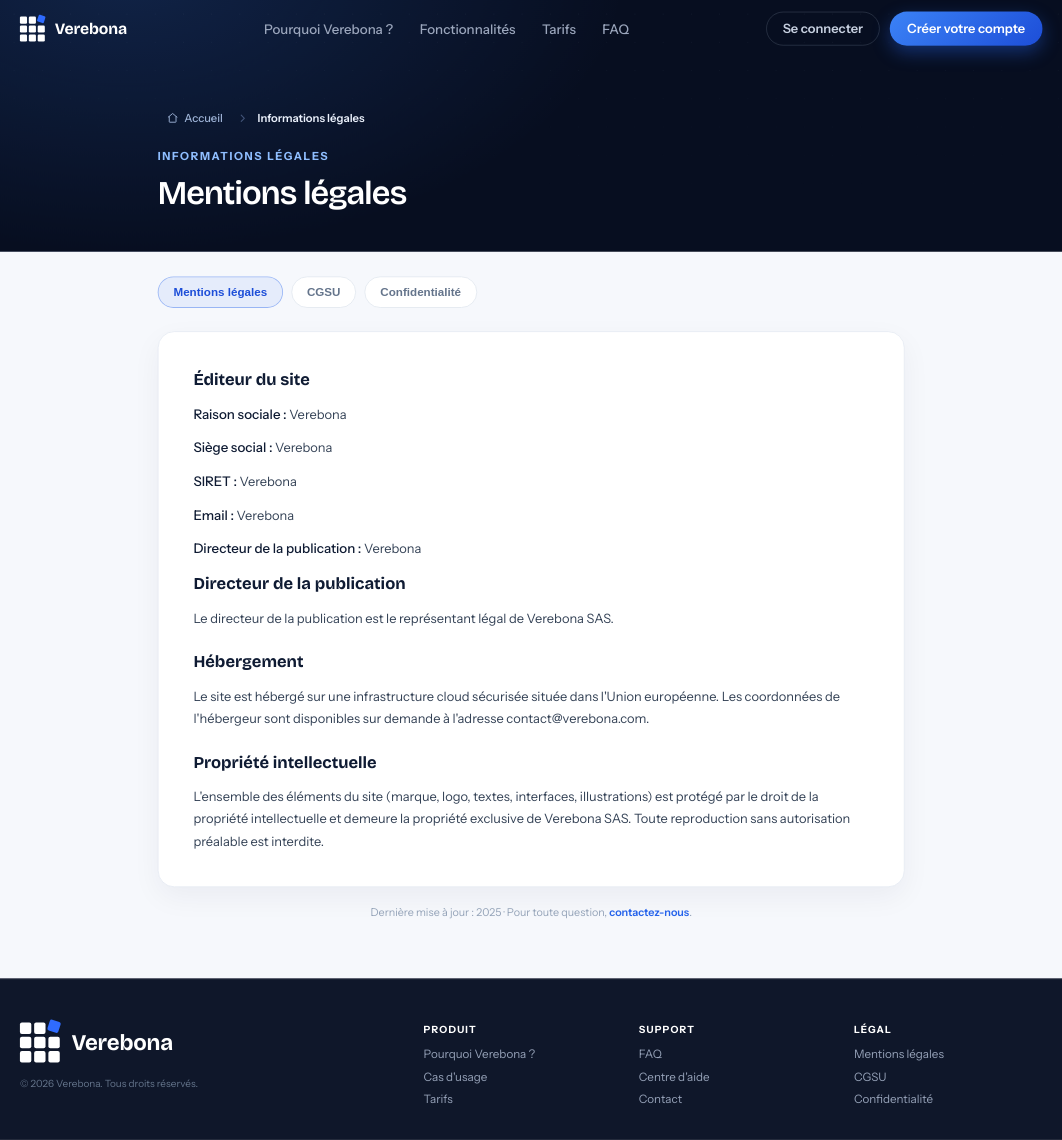
Repository: AdminVerebona/verebona-public
Page: /mentions-legales
The author's editor kept a copy of each file at every save. The page is drawn from the files as they stood at one save, then again after the next save.
The browser window is 1280 px wide. The pictures show the whole page, at 83% of full size.
The project was rebuilt for these pictures with package versions that can differ from the ones it lists, and the page was loaded fresh each time. Also part of the build but not shown: next.config.mjs, vite.config.js, vite.config.ts, src/composables/useLanding.ts, src/sections/HeroSection.vue, src/sections/WhySection.vue, src/sections/UseCasesSection.vue, src/sections/FeaturesSection.vue and 6 more.

Above is the page before, as saved 2026-07-10 15:08:44.

After the next save:
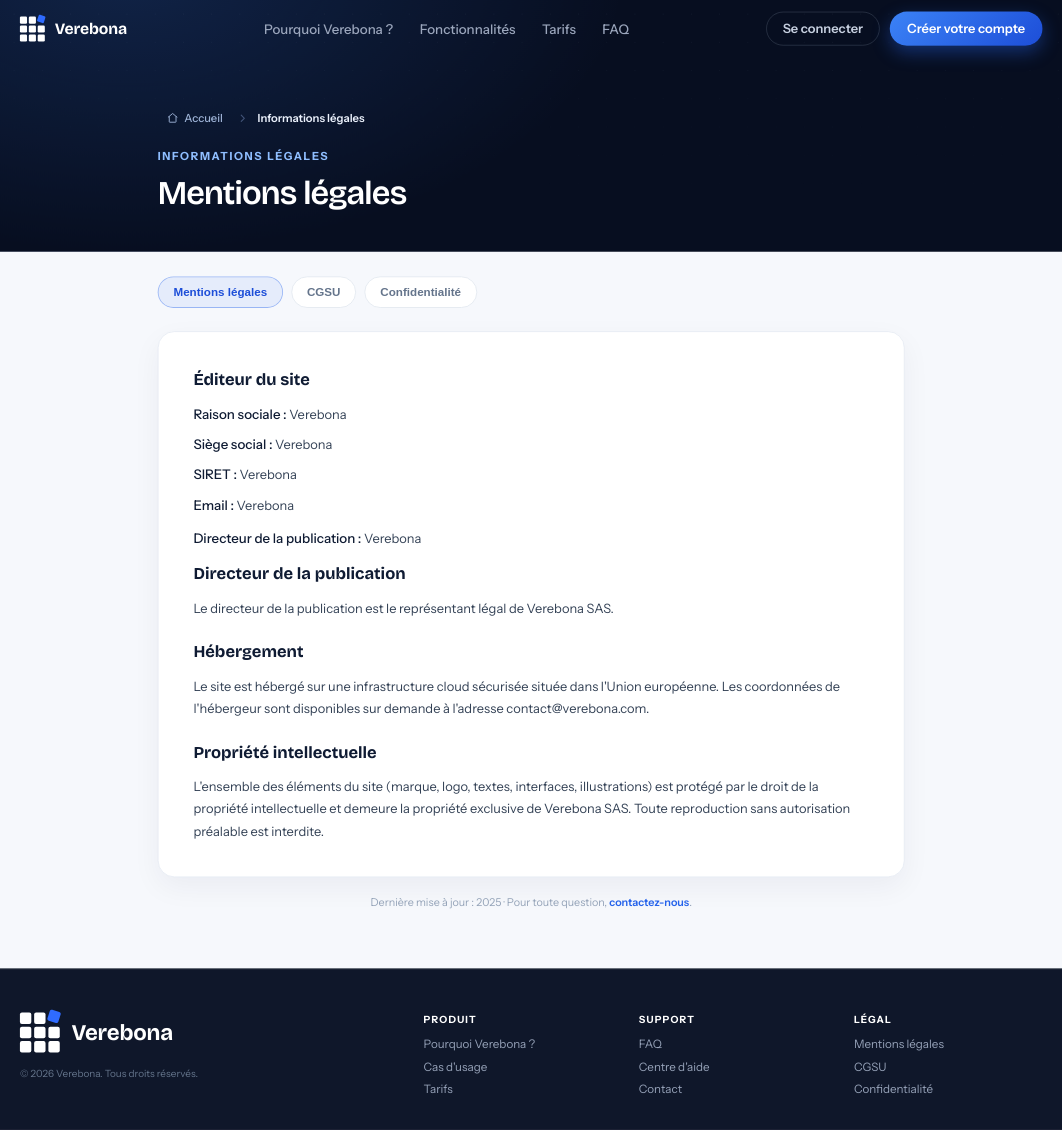
Saved 16 s later.
--- a/src/views/LegalView.vue
+++ b/src/views/LegalView.vue
@@ -18,9 +18,9 @@
       <template v-if="isMentions">
         <div style="font-size:15.5px;line-height:1.75;color:#334155">
           <h2 style="font-size:20px;font-weight:700;color:#0F1B33;font-family:'Bricolage Grotesque',sans-serif;margin:0 0 10px">Éditeur du site</h2>
-          <p style="margin:0 0 12px"><span style="font-size:16px;font-weight:500;color:#0F1B33">Raison sociale :</span> Verebona</p>
-          <p style="margin:0 0 12px"><span style="font-size:16px;font-weight:500;color:#0F1B33">Siège social :</span> Verebona</p>
-          <p style="margin:0 0 12px"><span style="font-size:16px;font-weight:500;color:#0F1B33">SIRET :</span> Verebona</p>
+          <p style="margin:0 0 8px"><span style="font-size:16px;font-weight:500;color:#0F1B33">Raison sociale :</span> Verebona</p>
+          <p style="margin:0 0 8px"><span style="font-size:16px;font-weight:500;color:#0F1B33">Siège social :</span> Verebona</p>
+          <p style="margin:0 0 8px"><span style="font-size:16px;font-weight:500;color:#0F1B33">SIRET :</span> Verebona</p>
           <p style="margin:0 0 12px"><span style="font-size:16px;font-weight:500;color:#0F1B33">Email :</span> Verebona</p>
           <p style="margin:0 0 12px"><span style="font-size:16px;font-weight:500;color:#0F1B33">Directeur de la publication :</span> Verebona</p>
           <h2 style="font-size:20px;font-weight:700;color:#0F1B33;font-family:'Bricolage Grotesque',sans-serif;margin:0 0 10px">Directeur de la publication</h2>
